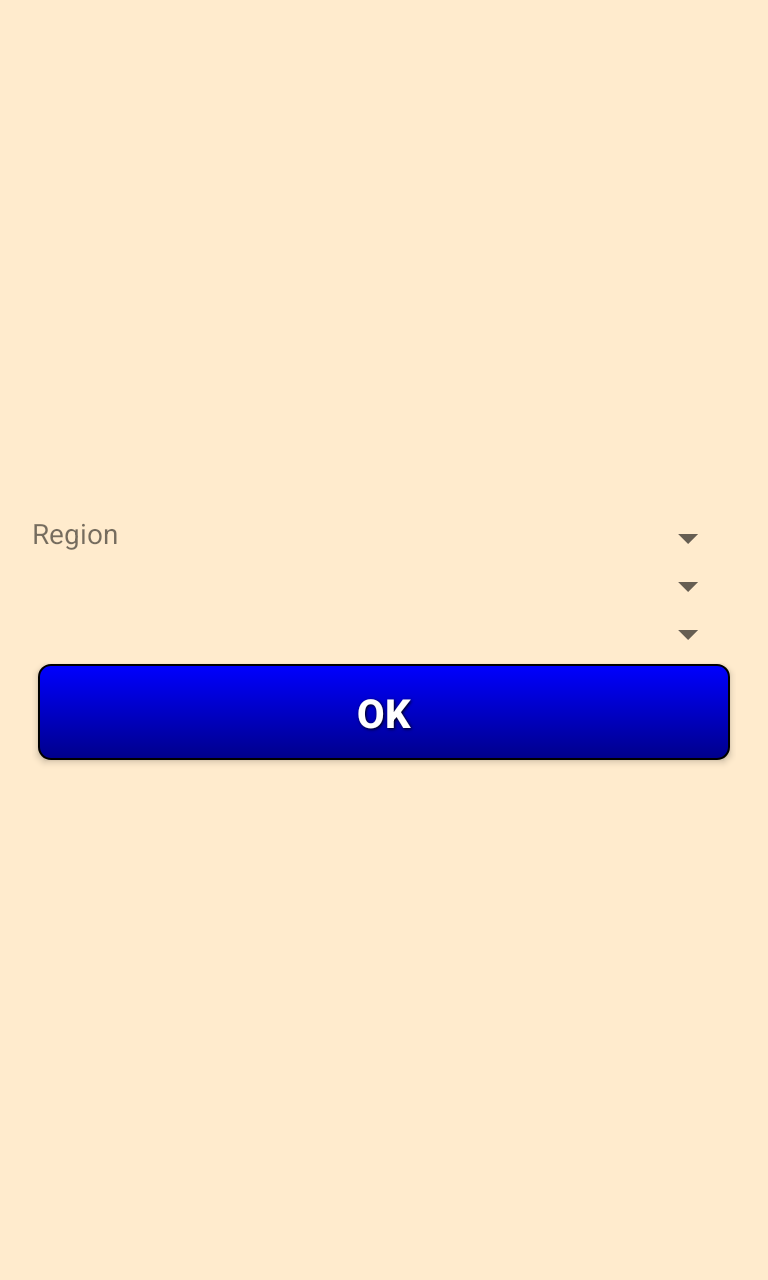
Repository: ayushshah/indsafari
Layout: Indian Safari/res/layout/activity_further_details.xml
The author's editor kept a copy of each file at every save. The layout is drawn from the files as they stood at one save, then again after a run of saves.
It is drawn on a 768 x 1280 px phone screen (xhdpi) without system bars, with theme AppTheme; the app's code is not run.

Above is the layout before, as saved 2014-07-28 13:21:08.

### Indian Safari/res/layout/activity_further_details.xml
<LinearLayout xmlns:android="http://schemas.android.com/apk/res/android"
    xmlns:tools="http://schemas.android.com/tools"
    android:layout_width="match_parent"
    android:layout_height="match_parent"
    android:background="@color/BlanchedAlmond"
    android:orientation="vertical"
    android:gravity="center"
    android:paddingBottom="@dimen/activity_vertical_margin"
    android:paddingLeft="@dimen/activity_horizontal_margin"
    android:paddingRight="@dimen/activity_horizontal_margin"
    android:paddingTop="@dimen/activity_vertical_margin"
    tools:context="com.example.pleasework.FurtherDetails" >
	<LinearLayout
	    android:layout_width="match_parent"
	    android:layout_height="wrap_content"
	    android:orientation="horizontal"
	    >
	    <TextView
	        android:text="Region"
			android:layout_width="wrap_content"
			android:layout_height="wrap_content"
	        />
    <Spinner
        android:id="@+id/spinRegion"
        android:layout_width="match_parent"
        android:layout_height="wrap_content"
        android:paddingLeft="15sp" />

    </LinearLayout>
    <Spinner
        android:id="@+id/spinState"
        android:layout_width="match_parent"
        android:layout_height="wrap_content"
        android:paddingLeft="15sp" />

    <Spinner
        android:id="@+id/spinCity"
        android:layout_width="match_parent"
        android:layout_height="wrap_content"
        android:paddingLeft="15sp" />

    <Button
        style="@style/button_text"
        android:layout_width="match_parent"
        android:layout_height="wrap_content"
        android:layout_marginTop="20sp"
        android:background="@drawable/red_button"
        android:onClick="takeToList"
        android:text="Ok"
        android:textSize="20sp" />

</LinearLayout>

### Indian Safari/res/values/styles.xml
<resources>

    <!--
        Base application theme, dependent on API level. This theme is replaced
        by AppBaseTheme from res/values-vXX/styles.xml on newer devices.
    -->
    <style name="AppBaseTheme" parent="Theme.AppCompat.Light">
        <!--
            Theme customizations available in newer API levels can go in
            res/values-vXX/styles.xml, while customizations related to
            backward-compatibility can go here.
        -->
    </style>

    <!-- Application theme. -->
    <style name="AppTheme" parent="AppBaseTheme">
        <!-- All customizations that are NOT specific to a particular API-level can go here. -->
    </style>

    <style name="button_text">
        <item name="android:layout_width">fill_parent</item>
        <item name="android:layout_height">wrap_content</item>
        <item name="android:textColor">#ffffff</item>
        <item name="android:gravity">center</item>
        <item name="android:layout_margin">3dp</item>
        <item name="android:textSize">20sp</item>
        <item name="android:textStyle">bold</item>
        <item name="android:shadowColor">#000000</item>
        <item name="android:shadowDx">1</item>
        <item name="android:shadowDy">1</item>
        <item name="android:shadowRadius">2</item>
    </style>

    <style name="MyActionBarTheme" parent="@android:style/Widget.Holo.Light.ActionBar">
        <item name="android:background">@color/DarkBlue</item>
    </style>

</resources>

### Indian Safari/res/drawable/red_button.xml
<?xml version="1.0" encoding="utf-8"?>
<selector xmlns:android="http://schemas.android.com/apk/res/android">

    <item android:state_pressed="true"><shape>
            <solid android:color="@color/DarkBlue" />

            <stroke android:width="1dp" android:color="@color/Black" />

            <corners android:radius="6dp" />

            <padding android:bottom="10dp" android:left="10dp" android:right="10dp" android:top="10dp" />
        </shape></item>
    <item><shape>
            <gradient android:angle="270" android:endColor="@color/DarkBlue" android:startColor="@color/Blue" />

            <stroke android:width="1dp" android:color="@color/Black" />

            <corners android:radius="6dp" />

            <padding android:bottom="10dp" android:left="10dp" android:right="10dp" android:top="10dp" />
        </shape></item>

</selector>

Loaded but not shown: Indian Safari/res/values-v11/styles.xml (common file); Indian Safari/res/values-v14/styles.xml (common file); Indian Safari/res/values/color.xml (common file); Indian Safari/res/values/dimens.xml (common file); Indian Safari/res/values-w820dp/dimens.xml (common file)

After the next 2 saves:
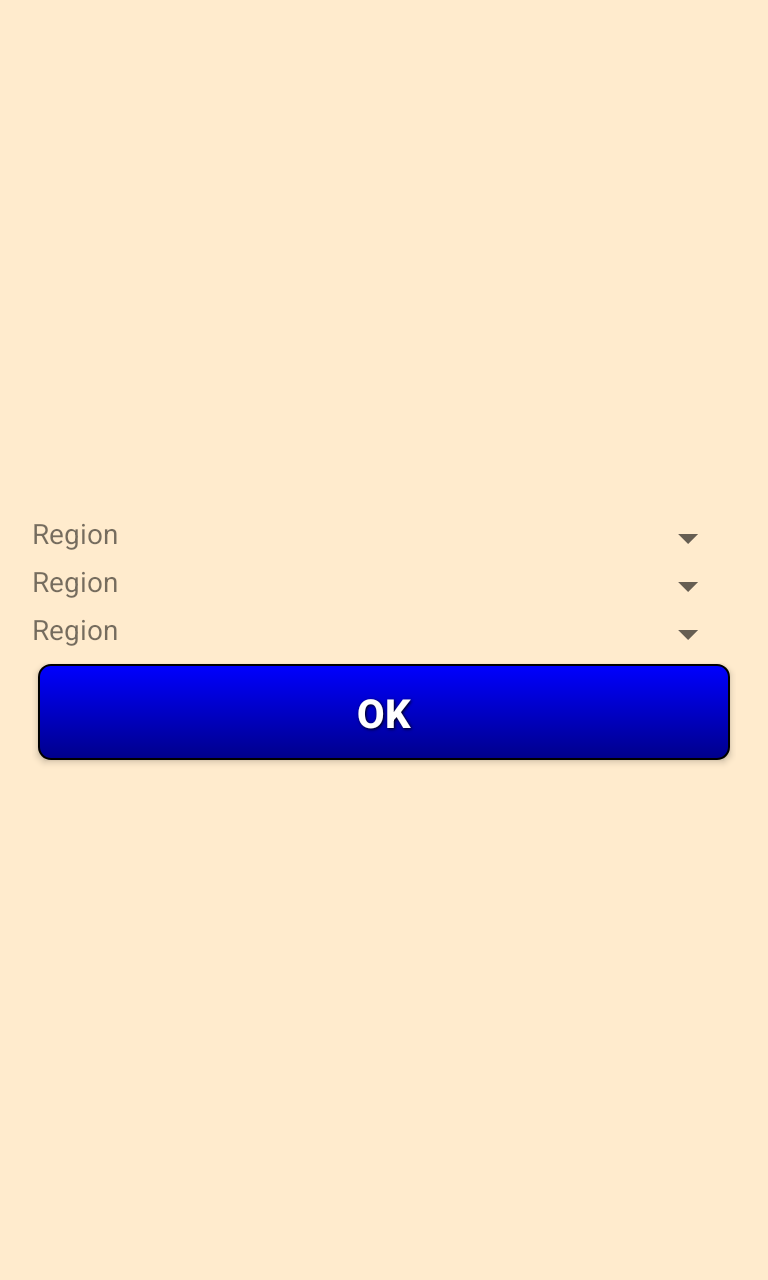
The 2 saves are shown as one change because they came seconds apart.
The last was saved 45 s later.
--- a/Indian Safari/res/layout/activity_further_details.xml
+++ b/Indian Safari/res/layout/activity_further_details.xml
@@ -3,41 +3,64 @@
     android:layout_width="match_parent"
     android:layout_height="match_parent"
     android:background="@color/BlanchedAlmond"
+    android:gravity="center"
     android:orientation="vertical"
-    android:gravity="center"
     android:paddingBottom="@dimen/activity_vertical_margin"
     android:paddingLeft="@dimen/activity_horizontal_margin"
     android:paddingRight="@dimen/activity_horizontal_margin"
     android:paddingTop="@dimen/activity_vertical_margin"
     tools:context="com.example.pleasework.FurtherDetails" >
-	<LinearLayout
-	    android:layout_width="match_parent"
-	    android:layout_height="wrap_content"
-	    android:orientation="horizontal"
-	    >
-	    <TextView
-	        android:text="Region"
-			android:layout_width="wrap_content"
-			android:layout_height="wrap_content"
-	        />
-    <Spinner
-        android:id="@+id/spinRegion"
+
+    <LinearLayout
         android:layout_width="match_parent"
         android:layout_height="wrap_content"
-        android:paddingLeft="15sp" />
+        android:orientation="horizontal" >
 
+        <TextView
+            android:layout_width="wrap_content"
+            android:layout_height="wrap_content"
+            android:text="Region" />
+
+        <Spinner
+            android:id="@+id/spinRegion"
+            android:layout_width="match_parent"
+            android:layout_height="wrap_content"
+            android:paddingLeft="15sp" />
     </LinearLayout>
-    <Spinner
-        android:id="@+id/spinState"
+
+    <LinearLayout
         android:layout_width="match_parent"
         android:layout_height="wrap_content"
-        android:paddingLeft="15sp" />
+        android:orientation="horizontal" >
 
-    <Spinner
-        android:id="@+id/spinCity"
+        <TextView
+            android:layout_width="wrap_content"
+            android:layout_height="wrap_content"
+            android:text="Region" />
+
+        <Spinner
+            android:id="@+id/spinState"
+            android:layout_width="match_parent"
+            android:layout_height="wrap_content"
+            android:paddingLeft="15sp" />
+    </LinearLayout>
+
+    <LinearLayout
         android:layout_width="match_parent"
         android:layout_height="wrap_content"
-        android:paddingLeft="15sp" />
+        android:orientation="horizontal" >
+
+        <TextView
+            android:layout_width="wrap_content"
+            android:layout_height="wrap_content"
+            android:text="Region" />
+
+        <Spinner
+            android:id="@+id/spinCity"
+            android:layout_width="match_parent"
+            android:layout_height="wrap_content"
+            android:paddingLeft="15sp" />
+    </LinearLayout>
 
     <Button
         style="@style/button_text"
